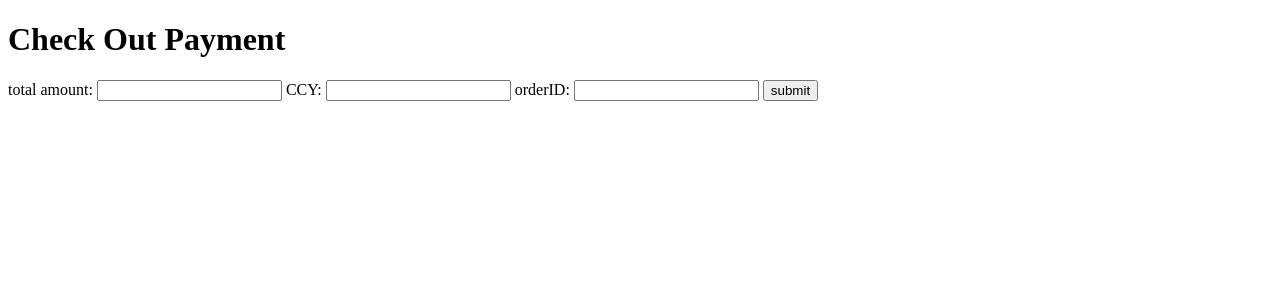
Repository: kotta0/PaymentJson
Page: PaymentMessageWebServiceGK/WebContent/HelloWorldhtml.html
An editor plug-in stored every save of this project. The page is shown before and after the next save, followed by the edit.
The browser window is 1280 px wide. The pictures show the whole page.

Above is the page before, as saved 2017-06-20 08:16:12.

After the next save:
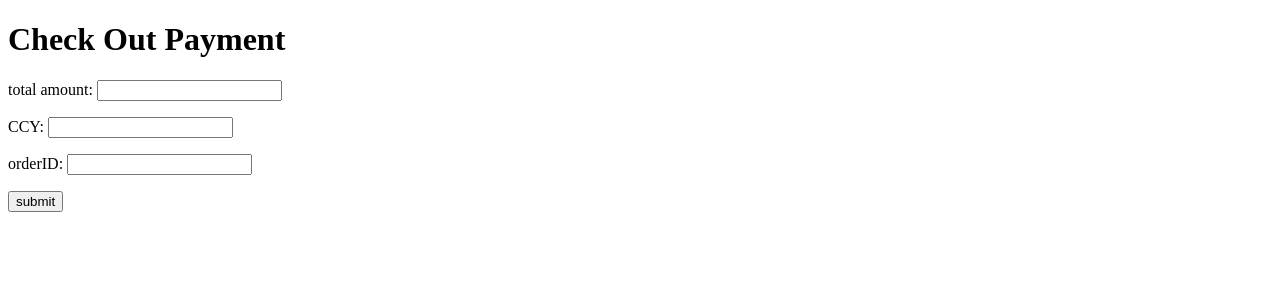
Saved 54 s later.
--- a/PaymentMessageWebServiceGK/WebContent/HelloWorldhtml.html
+++ b/PaymentMessageWebServiceGK/WebContent/HelloWorldhtml.html
@@ -9,10 +9,13 @@
 	<form action="submit">
 	total amount:
 	<input type="text" name="amount"></input>
+	<p></p>
 	CCY:
 	<input type="text" name="currency"></input>
+	<p></p>
 	orderID:
 	<input type="text" name="orderID"></input>
+	<p></p>
 	<input type="button" name="submit" value="submit"/>
 	</form>
 
